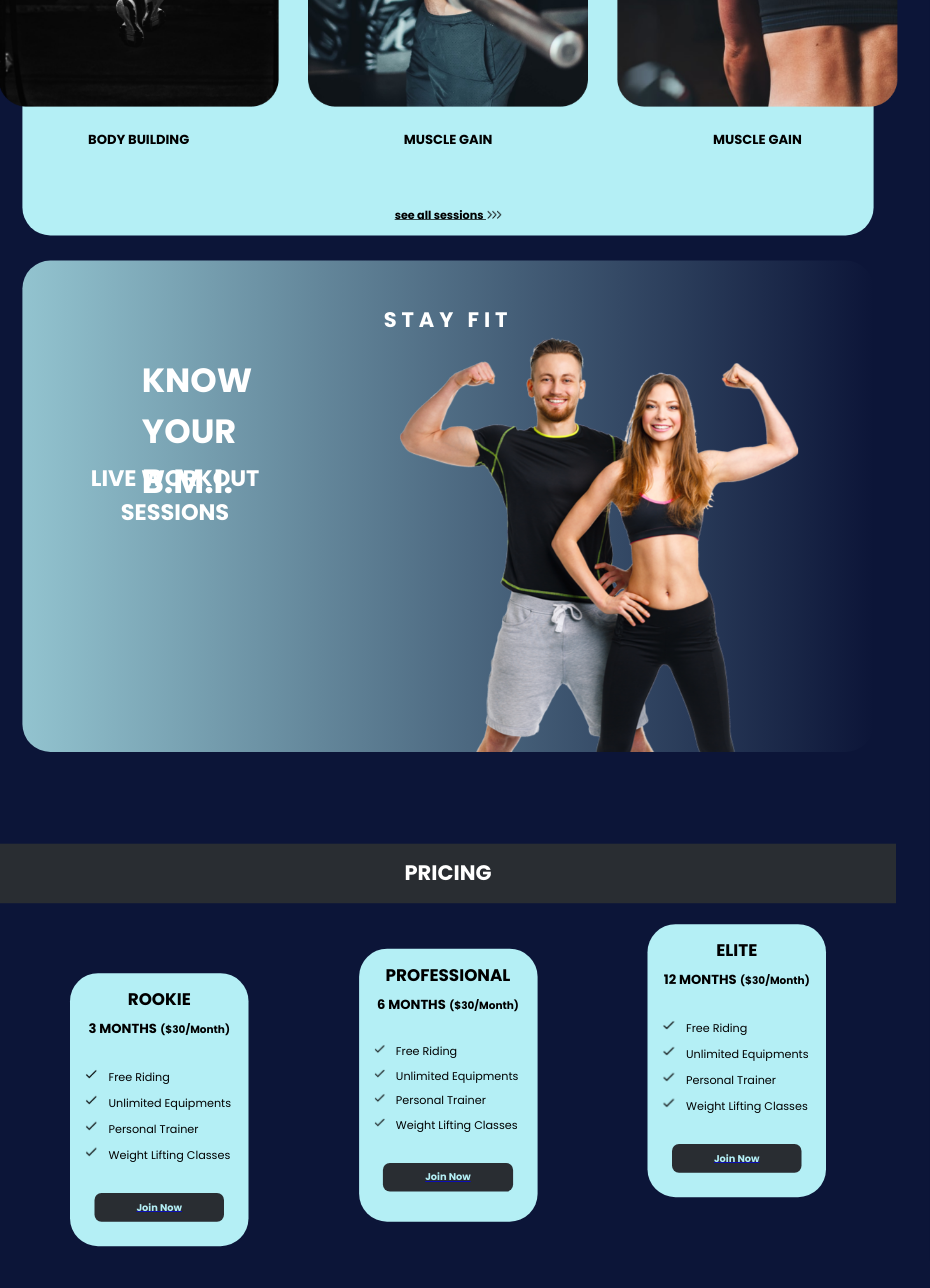
Repository: Rellzcodez/Group1-Team8
Page: index.html
The author's editor kept a copy of each file at every save. The page is drawn from the files as they stood at one save, then again after the next save.
The browser window is 1280 px wide. The page is 1328 px wide, so the pictures cover 1328 px, including what lies to the right of the window. The pictures show the part of the page from y = 1466 to 3306 px (the page is 3306 px tall before and 3210 px after), at 70% of full size.

Above is the page before, as saved 2022-09-02 10:49:53.

### index.html
<!DOCTYPE html>
<html lang="en">
    <head>
        <meta charset="UTF-8" />
        <meta name="viewport" content="width=device-width, initial-scale=1.0" />
        <meta
            name="description"
            content="A description of the page and its contents"
        />
        <title>Fit-A-Goal | Landing Page</title>
        <link rel="icon" type="image/png" sizes="32x32" href="images/favicon-32x32.png">
        <link rel="stylesheet" href="css/style.css" />
    </head>

    <body>
        <header class="primary-header">
            <nav class="navbar">
                <img src="images/fit-a-goal-logo.svg" alt="Fit-A-Goal" id="logo">
                <div class="navigation">
                    <div class="primary-nav">
                        <ul class="nav-links">
                            <li class="home-nav-link"><a href="#">HOME</a></li>
                            <li class="other-nav-link"><a href="#">CHOOSE US</a></li>
                            <li class="other-nav-link"><a href="#">PROGRAM</a></li>
                            <li class="other-nav-link"><a href="#">PRICING</a></li>
                            <li class="other-nav-link"><a href="#">SUPPORT</a></li>
                        </ul>
                    </div>
                    <div class="register-login">
                        <ul class="nav-secondary-links">
                            <li><a href="pages/signup.html">SIGN UP</a></li>
                            <li><a href="pages/signin.html">SIGN IN</a></li>
                        </ul>
                    </div>
                </div>
            </nav>
        </header>
        <main class="landing-page-body">

        <!-- THE ILLUSTRATION SEGMENT -->
            <div class="container-illustration">
                <div class="heading-btn">
                    <div>
                    <h1 class="primary-heading">Once you learn to <span>quit</span>,
                    it becomes an <span>habit</span></h1>
                    <a href="#"><button class="get-started">GET STARTED</button></a>
                    </div>
                </div>
            </div>
            <div class="carousel-circle">
                <a href="#">
                    <div class="tracker active-track"></div></a>
                <a href="#">
                    <div class="tracker"></div>
                </a><a href="#">
                    <div class="tracker"></div>
                </a><a href="#">
                    <div class="tracker"></div>
                </a><a href="#">
                    <div class="tracker"></div>
                </a><a href="#">
                    <div class="tracker"></div>
                </a><a href="#">
                    <div class="tracker"></div>
                </a><a href="#">
                    <div class="tracker"></div>
                </a>
            </div>

        <!-- THE SESSION SEGMENT -->
        <div>
            <section class="session-container">
                <label class="session-lable" for="section"><h3>OUR SESSIONS</h3></label>
                <div class="session-wrapper">
                    <div class="body-building-wrapper">
                    <div class="body-building session-item" >
                        <img src="images/body-building-sess.png" alt="body building">
                    </div>
                    <label class="body-building-lable" for="body building"><h3>BODY BUILDING</h3></label>

                    </div>

                    <div class="muscle-gain-wrapper">
                    <div class="muscle-gain session-item">
                        <img src="images/muscle-gain-sess.png" alt="muscle-gain">
                    </div>
                    <label class="muscle-gain-label" for="muscle gain"><h3>MUSCLE GAIN</h3></label>
                    </div>

                    <div class="weight-loss-wrapper">
                    <div class="weight-loss session-item">
                        <img src="images/weight-loss-sess.png" alt="weight loss">
                    </div>
                    <label class="weight-loss-label" for="weight loss"><h3>MUSCLE GAIN</h3></label>
                    </div>

                </div>
             <label class="see-all-session-lable" for="section"><a href="#"><u>see all sessions <span class="arrow-vector"><img src="images/arrow-vector.png" alt="arrow" width="20px"></span></u></a></label>


            </section>
        </div>

        </main>

        <!-- THE STAY FIT SESSION STARTS HERE -->
<section class="stay-fit-container">
    <h3 class="stay-fit">STAY FIT</h3>
    <div class="stay-fit-wrapper">
        <div class="BMI">
            <h2 class="know-your-bmi">KNOW YOUR B.M.I.</h2>
        </div>
        <div class="stay-fit-illustrator"><img src="images/Stay-fit.png" alt=""></div>
    </div>
</section>
        <!-- THE STAY FIT SESSION ENDS HERE -->


        <!-- THE LIVE WORKOUT SESSION STARTS HERE -->

    <div class="live">
    <h1> LIVE WORKOUT SESSIONS </h1>
</div>

<!-- <div class="live-workout">
    <img src="images/live-session-workout.png" alt="live workout" >
</div> -->

        <!-- THE LIVE WORKOUT SESSION ENDS HERE -->


        <!-- THE PRICING SECTION STARTS HERE -->

        <div class="pricing">
            <div class="pricing-heading"><h1>PRICING</h1></div>
            <div class="pricing-cards">
                <div class="cards">
                    <h2 class="plan-name">ROOKIE</h2>
                    <h3 class="plan-duration">3 MONTHS<span>($30/Month)</span></h3>
                    <ul class="plan-benefits">
                        <li class="li-benefits"><img src="images/checked.svg" alt="" height="20px">Free Riding</li>
                        <li class="li-benefits"><img src="images/checked.svg" alt="" height="20px">Unlimited Equipments</li>
                        <li class="li-benefits"><img src="images/checked.svg" alt="" height="20px">Personal Trainer</li>
                        <li class="li-benefits"><img src="images/checked.svg" alt="" height="20px">Weight Lifting Classes</li>
                    </ul>
                    <a href="#"><button class="pricing-btn">Join Now</button></a>
                </div>
                <div class="cards professionals">
                    <h2 class="plan-name">PROFESSIONAL</h2>
                    <h3 class="plan-duration">6 MONTHS<span>($30/Month)</span></h3>
                    <ul class="plan-benefits">
                        <li class="li-benefits"><img src="images/checked.svg" alt="" height="18px">Free Riding</li>
                        <li class="li-benefits"><img src="images/checked.svg" alt="" height="18px">Unlimited Equipments</li>
                        <li class="li-benefits"><img src="images/checked.svg" alt="" height="18px">Personal Trainer</li>
                        <li class="li-benefits"><img src="images/checked.svg" alt="" height="18px">Weight Lifting Classes</li>
                    </ul>
                    <a href="#"><button class="pricing-btn">Join Now</button></a>
                </div>
                <div class="cards elite">
                    <h2 class="plan-name">ELITE</h2>
                    <h3 class="plan-duration">12 MONTHS<span>($30/Month)</span></h3>
                    <ul class="plan-benefits">
                        <li class="li-benefits"><img src="images/checked.svg" alt="" height="20px">Free Riding</li>
                        <li class="li-benefits"><img src="images/checked.svg" alt="" height="20px">Unlimited Equipments</li>
                        <li class="li-benefits"><img src="images/checked.svg" alt="" height="20px">Personal Trainer</li>
                        <li class="li-benefits"><img src="images/checked.svg" alt="" height="20px">Weight Lifting Classes</li>
                    </ul>
                    <a href="#"><button class="pricing-btn">Join Now</button></a>
                </div>
            </div>
        </div>

        <!-- THE PRICING SECTION ENDS HERE -->


        <footer class="footer">

        </footer>





        <script src="js/script.js"></script>
    </body>
</html>

### css/style.css
@import url("https://fonts.googleapis.com/css2?family=Poppins:wght@400;600;700;800&display=swap");

:root {
  --white: rgb(255 255 255);
  --denim-blue: rgb(12, 21, 56);
  --baby-blue: rgb(180, 239, 245);
  --black: rgb(0, 0, 0);
  --light-grey: rgb(206, 208, 215);
  --dark-grey: rgba(41, 45, 50, 1);

}

*,
::before,
::after {
  padding: 0;
  margin: 0;
  box-sizing: border-box;
}

button {
  font-family: "Poppins", sans-serif;
}

html {
  font-family: "Poppins", sans-serif;
  background: var(--denim-blue);
}

.primary-header {
  padding: 0 32px 0 36px;
}
#logo {
  height: 159px;
}
.navbar {
  display: flex;
}
.navbar ul {
  list-style: none;
}
.navbar a {
  text-decoration: none;
  color: var(--black);
  font-weight: 700;
}
.navigation {
  display: flex;
  margin: 60px 0 40px 25px;
}
.primary-nav {
  width: 808px;
  height: 55px;
  background: var(--white);
  border-radius: 5px;
  margin-right: 45px;
}
.nav-links {
  display: flex;
  padding: 0;
}
.other-nav-link {
  margin: 15px 60px 10px 0;
}
.home-nav-link {
  background: var(--baby-blue);
  width: 130px;
  height: 45px;
  margin: 5px;
  margin-right: 24px;
  border-radius: 5px;
  border: 1px solid var(--light-grey);
  text-align: center;
  padding: 10px 0;
}
.register-login {
  width: 255px;
  height: 55px;
  background: var(--white);
  border-radius: 5px;
  padding: 0 31px;
}
.nav-secondary-links {
  padding: 15px 0;
  display: flex;
  justify-content: space-between;
}

/* Illustration Hero */
.container-illustration {
  display: flex;
  background-image: linear-gradient(
    to right,
    rgb(180, 239, 245, 0.8),
    rgb(12, 21, 56)
  );
  height: 650px;
  border-radius: 40px;
  margin: 0 32px 25px;
}
.heading-btn {
  background: url(../images/illustration-hero.png) right bottom / 613px 613px
    no-repeat;
  width: 100%;
  padding-left: 140px;
}
.primary-heading {
  font-size: 75px;
  width: 48%;
  color: var(--white);
  line-height: 100px;
  margin: 96px 0 49px;
}
.primary-heading span {
  text-decoration: underline;
  color: var(--baby-blue);
}
.heading-btn a button {
  background: var(--baby-blue);
  border-radius: 10px;
  padding: 10px 132px;
  border: none;
  cursor: pointer;
}
.get-started {
  font-size: 16px;
  font-weight: 800;
}
.carousel-circle {
  display: flex;
  align-items: center;
  justify-content: center;
  margin-bottom: 30px;
}
.tracker {
  width: 10px;
  height: 10px;
  border-radius: 50%;
  background-color: var(--light-grey);
  cursor: pointer;
  margin: 0 5px;
}
.active-track {
  width: 20px;
  height: 20px;
  background: var(--baby-blue);
}
/* Sesseion */
.session-container{
  display: flex;
  flex-direction: column;
  align-items: center;
  height: 57em;
  background-color: var(--baby-blue);
  margin: 36px 32px;
  border-radius: 40px;
  font-family: Poppins;
}
.session-lable {
  position: relative;
  padding-top: 50px;
  font-weight: 700px;
}
.session-wrapper {
  display: flex;
  gap: 42px;
  margin: 49px 46px;
}
.session-item {
  width: 25em;
  height: 37.5em;
  border-radius: 40px;

}
/* body-building and weight loss*/
.body-building-wrapper,.weight-loss-wrapper {
  display: flex;
  flex-direction: column;
  align-items: center;

}
.body-building-lable,.weight-loss-label {
  margin-top: 32px;
  font-weight: 700;
}
/* See all session */
.see-all-session-lable a:active{
  font-weight: 700;
  color: var(--black);
}
.see-all-session-lable a{
  text-decoration: none;
  color: var(--black);
}

.see-all-session-lable{
  font-weight: 700;
}

.arrow-vector{
  margin-left: 2px;
}
/* muscle-gain */
.muscle-gain-wrapper{
  display: flex;
  flex-direction: column;
  align-items: center;

}

.muscle-gain-label{
  margin: 32px;
}

/* Styling of Session Ends Here */
.live-workout{margin: 10px 50px 10px 10px;
  position: relative; left: 50px;
display: flex;
  flex-direction: column;
width: 90%;}
.live{color: var(--white);
  position: relative; bottom: 450px;
  width: 400px;
  padding-left: 100px;
  font-weight: 600;
  text-align: center;
}


/* Stay Fit */
.stay-fit-container{
  display: flex;
  flex-direction: column;
  align-items: center;
  background-image: linear-gradient(
    to right,
    rgb(180, 239, 245, 0.8),
    rgb(12, 21, 56)
  );
  height: 702px;
  border-radius: 40px;
  margin: 33px 32px 34.75px 32px;
  overflow: hidden;
}
.stay-fit{
  font-family: "Poppins", sans-serif;
  color: var(--white);
  padding-top: 63px;
  font-size: 30px;
  font-weight: 700;
  letter-spacing: 7px;
}

.stay-fit-wrapper{
  display: flex;
  justify-content: space-between;
  gap: 130px;
  width: 95%;
}

.BMI{
  padding-top: 28px;
  padding-left: 140px;
  color: var(--white);
  font-family: "Poppins", sans-serif;
  font-size: 32px;
  font-weight: 700;
}
.stay-fit-illustrator img{
  height: 600px;
  border-radius: 40px;
  padding-right: 76.63px;
}

/* live session */
.live{

}



/* Pricing Session */

.pricing-heading{
    background: var(--dark-grey);
    display: flex;
    text-align: center;
    align-items: center;
}
.pricing-heading h1{
    margin: 0 auto;
    padding: 20px 0;
    font-weight: 700;
    font-size: 30px;
    color: var(--white);
}
.pricing-cards{
    display: flex;
    justify-content: space-between;
    margin: 100px 100px 60px;
}
.cards{
    padding: 20px 20px 30px;
    width: 255px;
    height: 390px;
    border-radius: 40px;
    background: var(--baby-blue);
}
.professionals{
    margin-top: -35px;
}
.elite{
    margin-top: -70px;
}
.plan-name{
    text-align: center;
}
.plan-duration{
    margin: 10px auto 40px;
    text-align: center;
}
.plan-duration span{
    font-size: 15px;
    margin-left: 5px;
}
.plan-benefits{
    list-style: none;
    margin-bottom: 22px;
}
.li-benefits{
    margin: 10px auto;
    font-size: 16px;
}
.li-benefits img{
    margin-right: 15px;
}
.cards a{
    display: flex;
    justify-content: center;
}
.pricing-btn{
    font-weight: 700;
    font-size: 14px;
    color: var(--baby-blue);
    background: var(--dark-grey);
    border: none;
    padding: 10px 60px;
    border-radius: 10px;
    cursor: pointer;
    margin-top: 20px;
}

Loaded but not shown: js/script.js (no stored copy; drawn as an empty file)

After the next save:
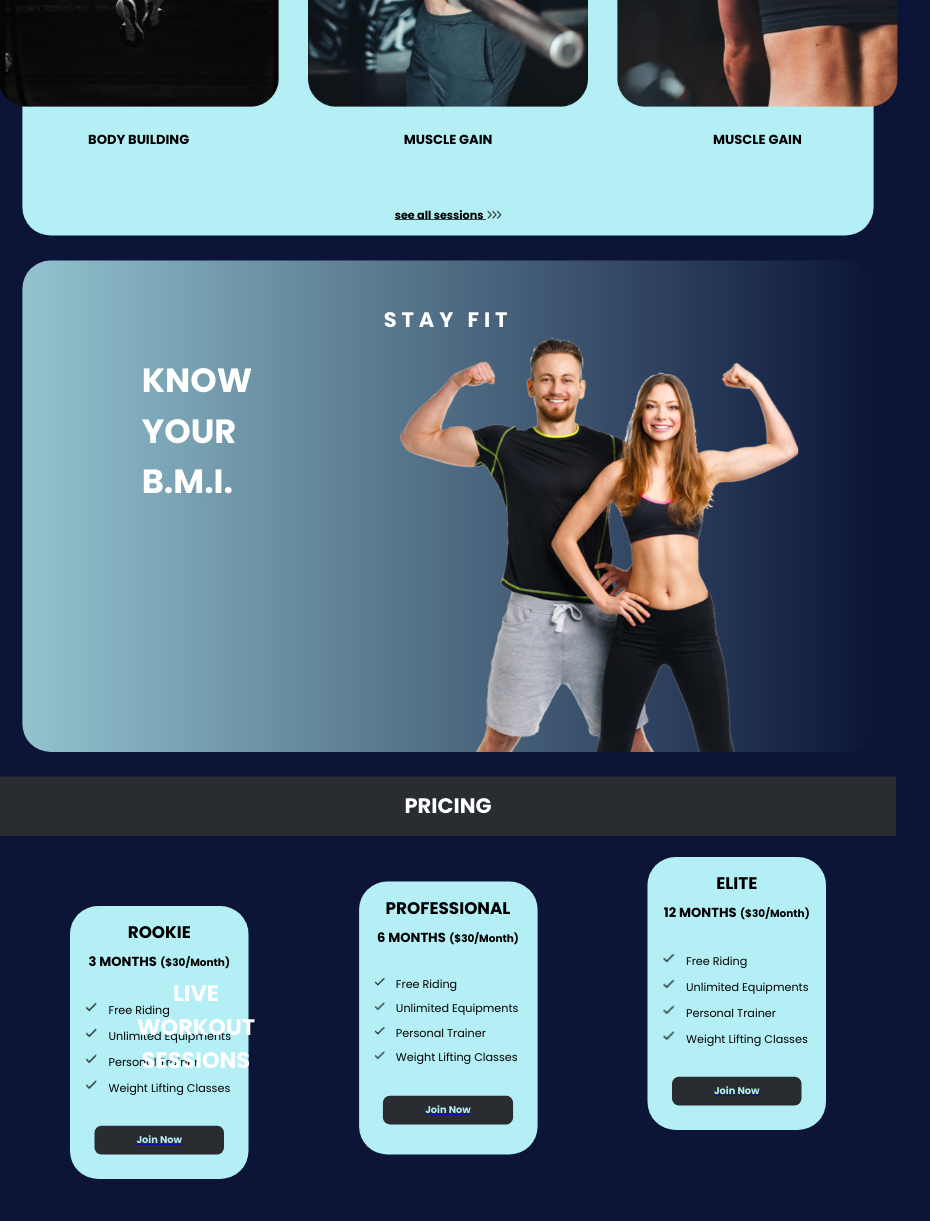
Saved 3 min 38 s later.
--- a/css/style.css
+++ b/css/style.css
@@ -274,7 +274,11 @@ width: 90%;}
 
 /* live session */
 .live{
-
+  position: absolute;
+width: 310px;
+height: 104px;
+left: 75px;
+top: 2861px;
 }
 
 
